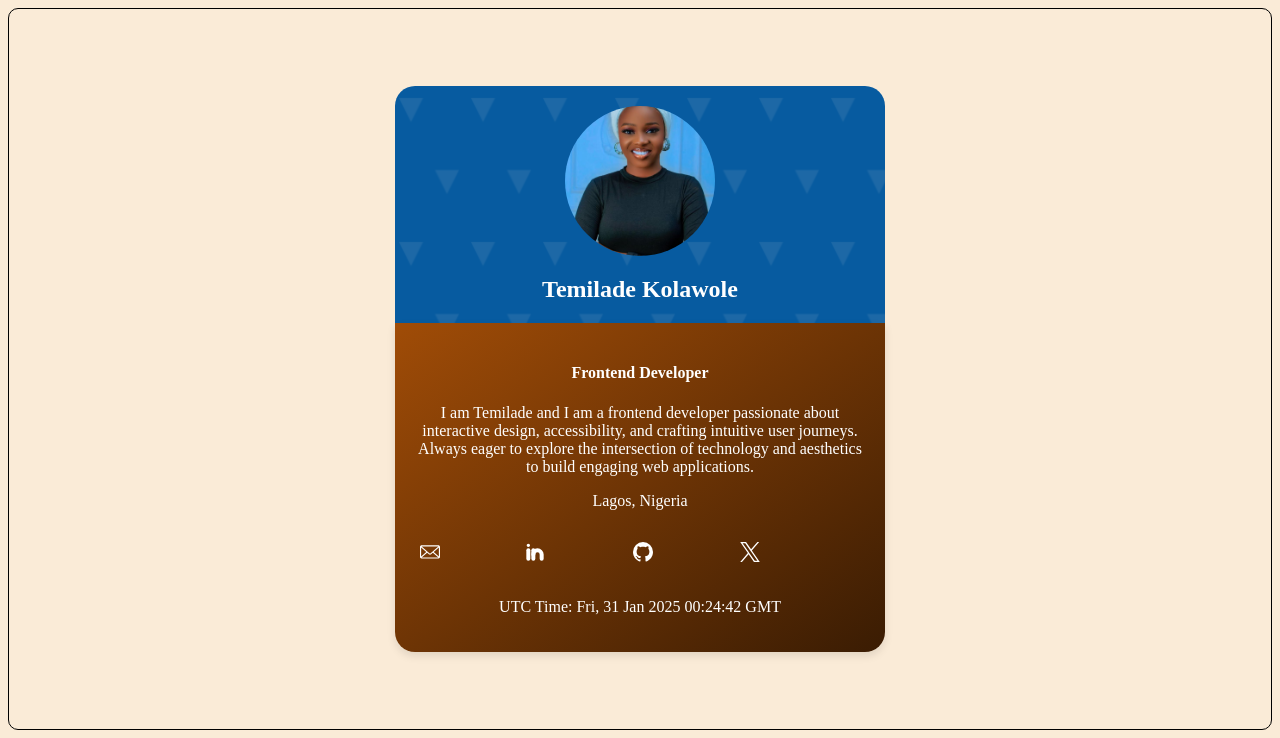
Repository: KolawoleTemilade/ticket-guarantor
Page: profilecard/index..html
These files come from the project's save history. The page is drawn as it stood at one moment and after the next save; the edit follows.
The browser window is 1280 px wide. The pictures show the whole page.

Above is the page before, as saved 2025-02-05 01:27:35.

After the next save:
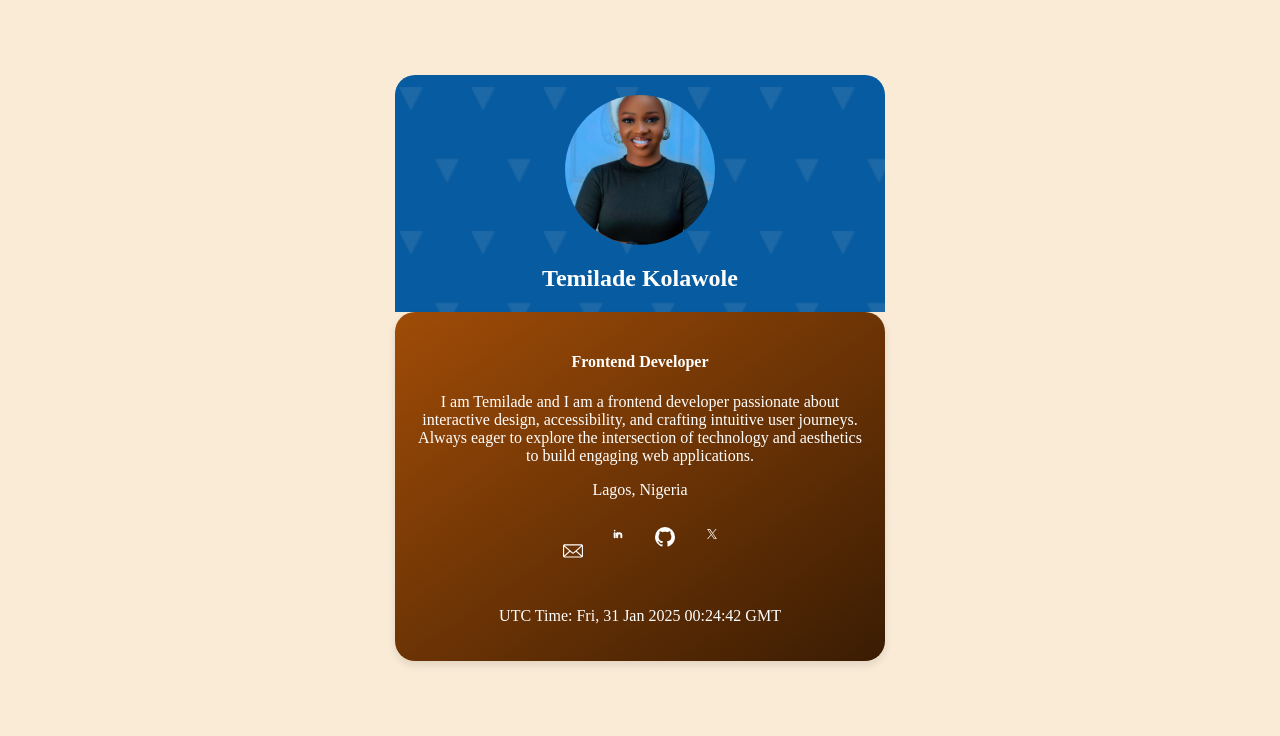
Saved 2 min 47 s later.
--- a/profilecard/style.css
+++ b/profilecard/style.css
@@ -3,27 +3,19 @@
   align-items: center;
   justify-content: center;
   height: 100vh;
-  border: 1px solid ;
-  border-radius: 10px;
   background-color: antiquewhite;
 }
 
 .card {
-  background: #fff;
+  background: linear-gradient(145deg, #A04C07, #3A1C03);
   padding: 20px;
-  border-radius: 0 0  20px 20px;
+  border-radius: 20px;
   box-shadow: 0 4px 8px rgba(0, 0, 0, 0.1);
   text-align: center;
   max-width: 450px;
   width: 100%;
-  background: linear-gradient(145deg, #A04C07, #3A1C03);
 }
-.card p, .card h4{
-  color: #fff;
-}
-.card h4 {
-  font-size: 16px;
-}
+
 .background {
   width: 100%;
   padding: 0;
@@ -31,8 +23,9 @@
   flex-direction: column;
   justify-content: center;
   align-items: center;
-  border-radius:20px 20px   0 0 ;
+  border-radius: 20px 20px 0 0;
 }
+
 .background > img {
   width: 150px;
   height: 150px;
@@ -40,26 +33,36 @@
   object-fit: cover;
   margin-top: 20px;
 }
-.fullname {
-  color: #fff;
-  font-size: 24px;
+
+.social-links {
+  display: flex;
+  justify-content: center;
+  gap: 20px;
+  margin: 15px auto;
+  padding: 10px 0;
+  width: 100%;
 }
 
 a {
   margin: 0 5px;
   text-decoration: none;
   color: white;
-}
-.social-links {
-  display: flex;
-  justify-content: space-between;
-  align-items: center;
-  max-width: 350px;
-
+  transition: all 0.3s ease;
 }
 
+a:hover {
+  color: #ffd700;
+  transform: translateY(-2px);
+}
 
-.socials img {
-  width: 20px;
-  height: 20px;
+/* Keep existing text styles */
+.card p, .card h4 {
+  color: #fff;
 }
+.card h4 {
+  font-size: 16px;
+}
+.fullname {
+  color: #fff;
+  font-size: 24px;
+}

After the save that followed:
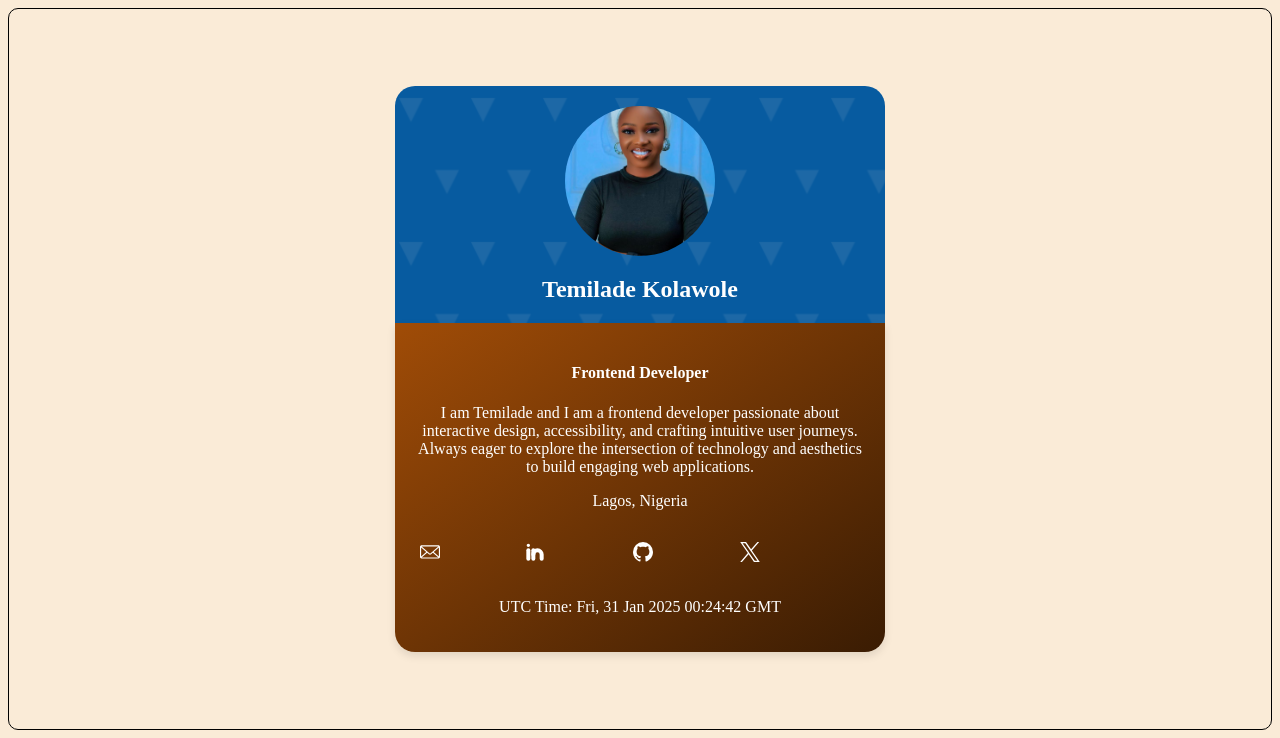
Saved 81 s later.
--- a/profilecard/style.css
+++ b/profilecard/style.css
@@ -3,19 +3,27 @@
   align-items: center;
   justify-content: center;
   height: 100vh;
+  border: 1px solid ;
+  border-radius: 10px;
   background-color: antiquewhite;
 }
 
 .card {
-  background: linear-gradient(145deg, #A04C07, #3A1C03);
+  background: #fff;
   padding: 20px;
-  border-radius: 20px;
+  border-radius: 0 0  20px 20px;
   box-shadow: 0 4px 8px rgba(0, 0, 0, 0.1);
   text-align: center;
   max-width: 450px;
   width: 100%;
+  background: linear-gradient(145deg, #A04C07, #3A1C03);
 }
-
+.card p, .card h4{
+  color: #fff;
+}
+.card h4 {
+  font-size: 16px;
+}
 .background {
   width: 100%;
   padding: 0;
@@ -23,9 +31,8 @@
   flex-direction: column;
   justify-content: center;
   align-items: center;
-  border-radius: 20px 20px 0 0;
+  border-radius:20px 20px   0 0 ;
 }
-
 .background > img {
   width: 150px;
   height: 150px;
@@ -33,36 +40,26 @@
   object-fit: cover;
   margin-top: 20px;
 }
-
-.social-links {
-  display: flex;
-  justify-content: center;
-  gap: 20px;
-  margin: 15px auto;
-  padding: 10px 0;
-  width: 100%;
+.fullname {
+  color: #fff;
+  font-size: 24px;
 }
 
 a {
   margin: 0 5px;
   text-decoration: none;
   color: white;
-  transition: all 0.3s ease;
+}
+.social-links {
+  display: flex;
+  justify-content: space-between;
+  align-items: center;
+  max-width: 350px;
+
 }
 
-a:hover {
-  color: #ffd700;
-  transform: translateY(-2px);
+
+.socials img {
+  width: 20px;
+  height: 20px;
 }
-
-/* Keep existing text styles */
-.card p, .card h4 {
-  color: #fff;
-}
-.card h4 {
-  font-size: 16px;
-}
-.fullname {
-  color: #fff;
-  font-size: 24px;
-}
